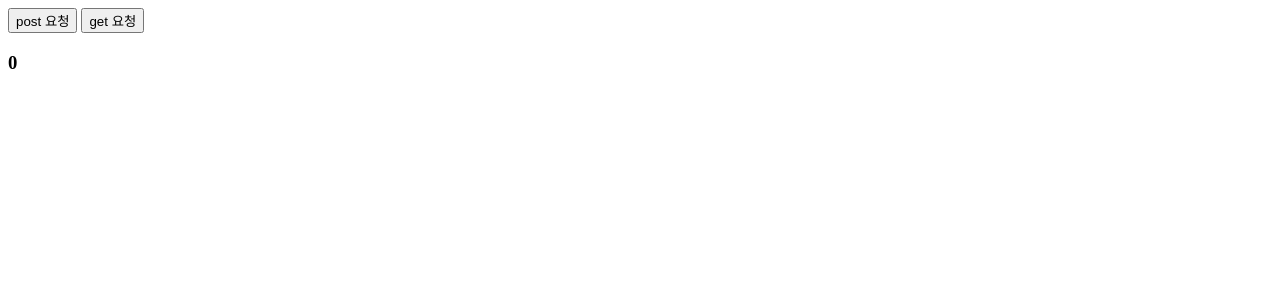
Repository: cwj2306/blog_project_2
Page: http://localhost/blog/test/ajaxtext4.jsp
The author's editor kept a copy of each file at every save. The page is drawn from the files as they stood at one save, then again after the next save.
The browser window is 1280 px wide. The pictures show the whole page.
The page is served by Tomcat 9. Nobody is signed in. The application's start-up code is not run.

Above is the page before, as saved 2019-11-05 01:51:14.

After the next save:
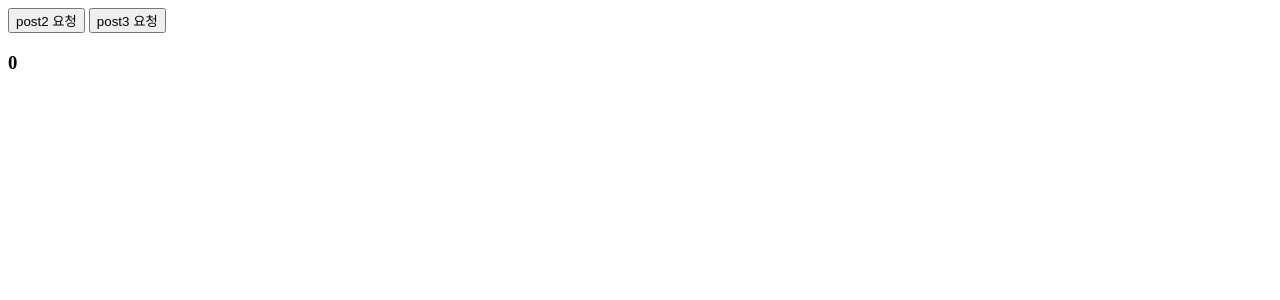
Saved 4 min 46 s later.
--- a/blog/WebContent/test/ajaxtext4.jsp
+++ b/blog/WebContent/test/ajaxtext4.jsp
@@ -7,8 +7,8 @@
 </head>
 <body>
 
-	<button onclick="sendPost2()">post 요청</button>
-	<button onclick="sendPost3()">get 요청</button>
+	<button onclick="sendPost2()">post2 요청</button>
+	<button onclick="sendPost3()">post3 요청</button>
 
 	<h3><div id="demo">0</div></h3>
 
